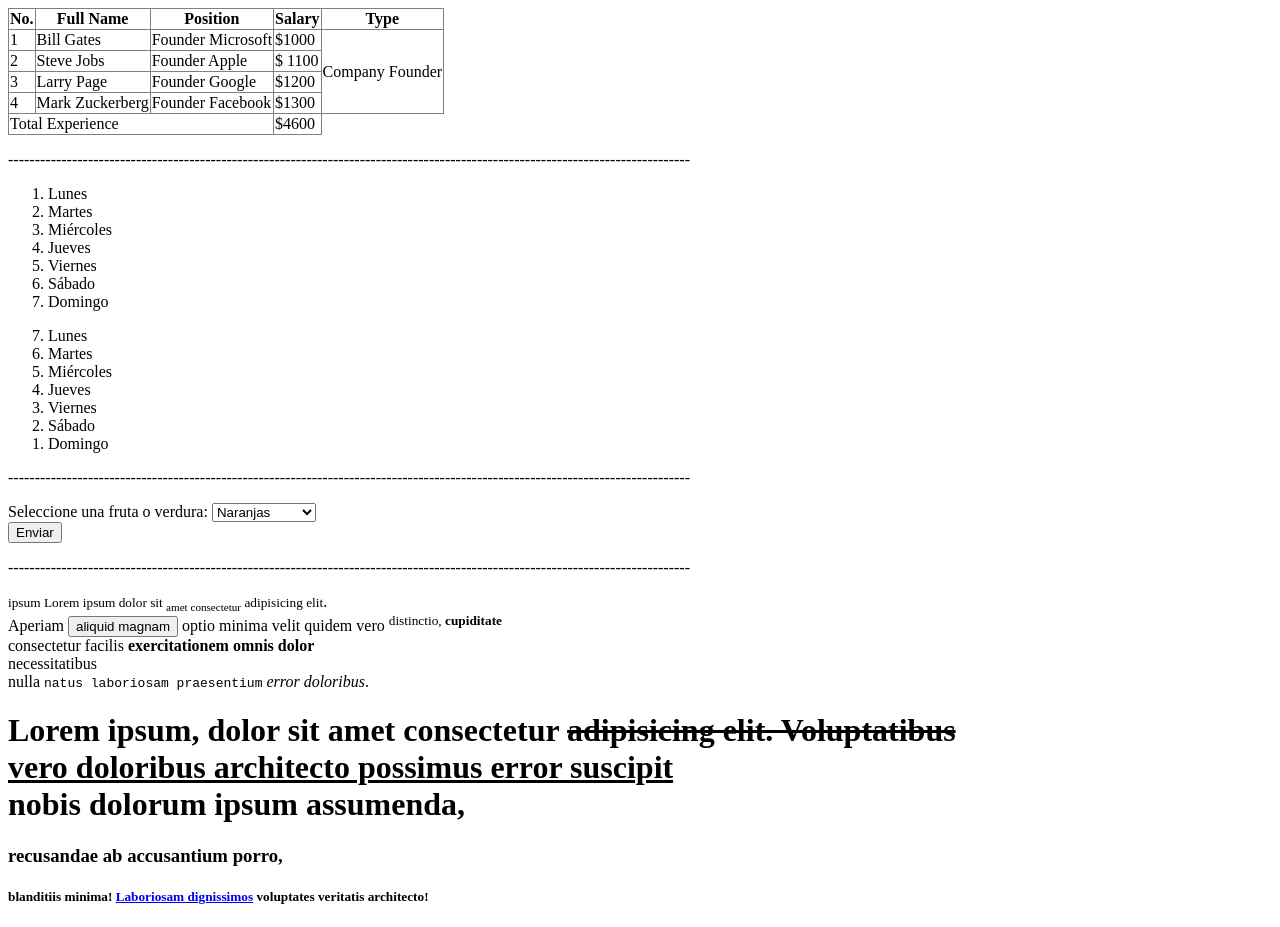
Repository: ScoggoDev/DesarrolloWeb
Page: tarea en equipo 1/tep1.html
The author's editor kept a copy of each file at every save. The page is drawn from the files as they stood at one save, then again after the next save.
The browser window is 1280 px wide. The pictures show the whole page.

Above is the page before, as saved 2021-07-07 19:21:28.

After the next save:
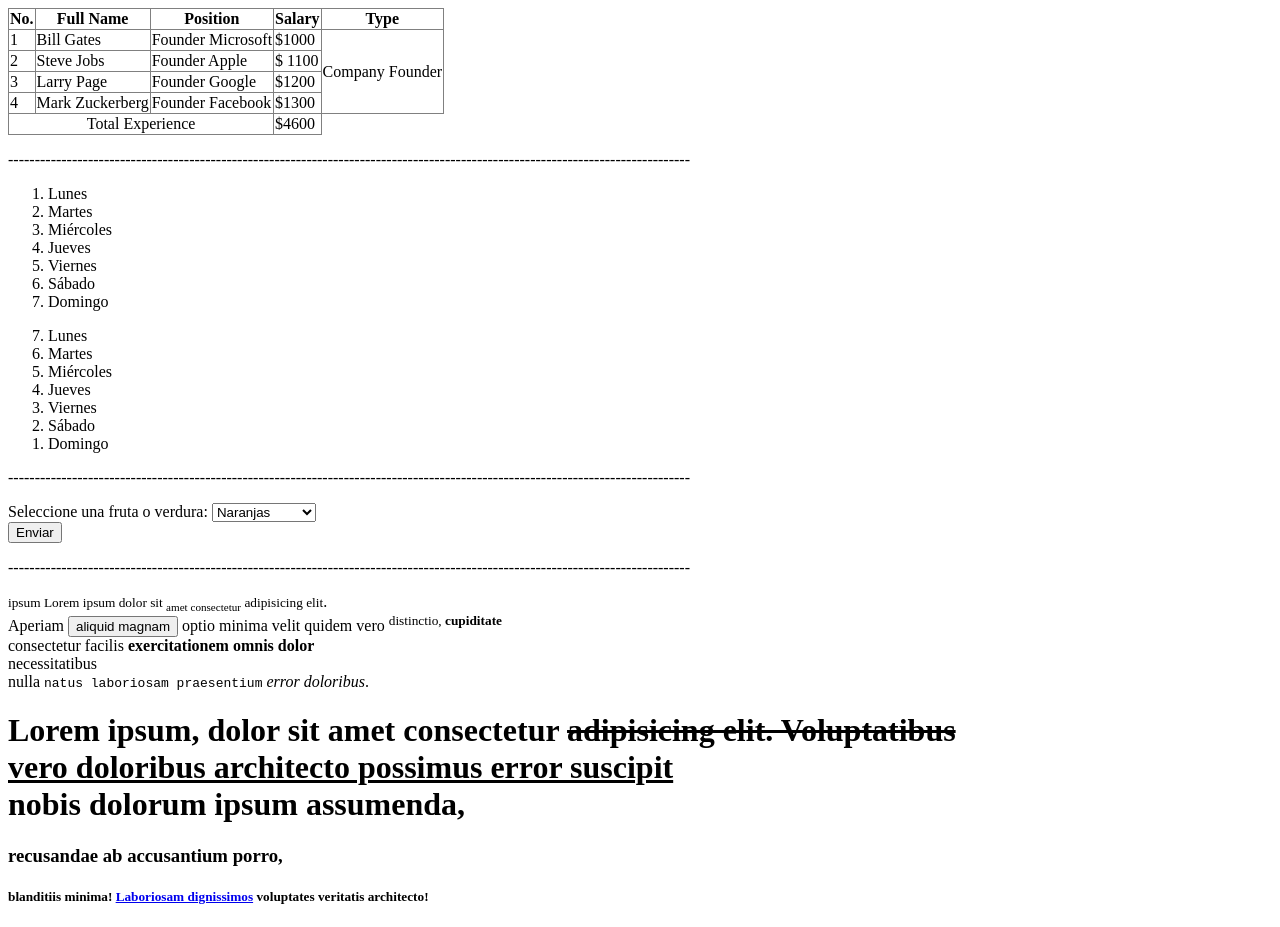
Saved 94 s later.
--- a/tarea en equipo 1/tep1.html
+++ b/tarea en equipo 1/tep1.html
@@ -43,7 +43,7 @@
                     <td>$1300</td>
                 </tr>
                 <tr>
-                    <td colspan="3">Total Experience</td>
+                    <td colspan="3"; style="text-align: center;">Total Experience</td>
                     <td>$4600</td>
                     <td style="border-right-style:hidden; border-bottom-style:hidden;"></td>
                 </tr>
